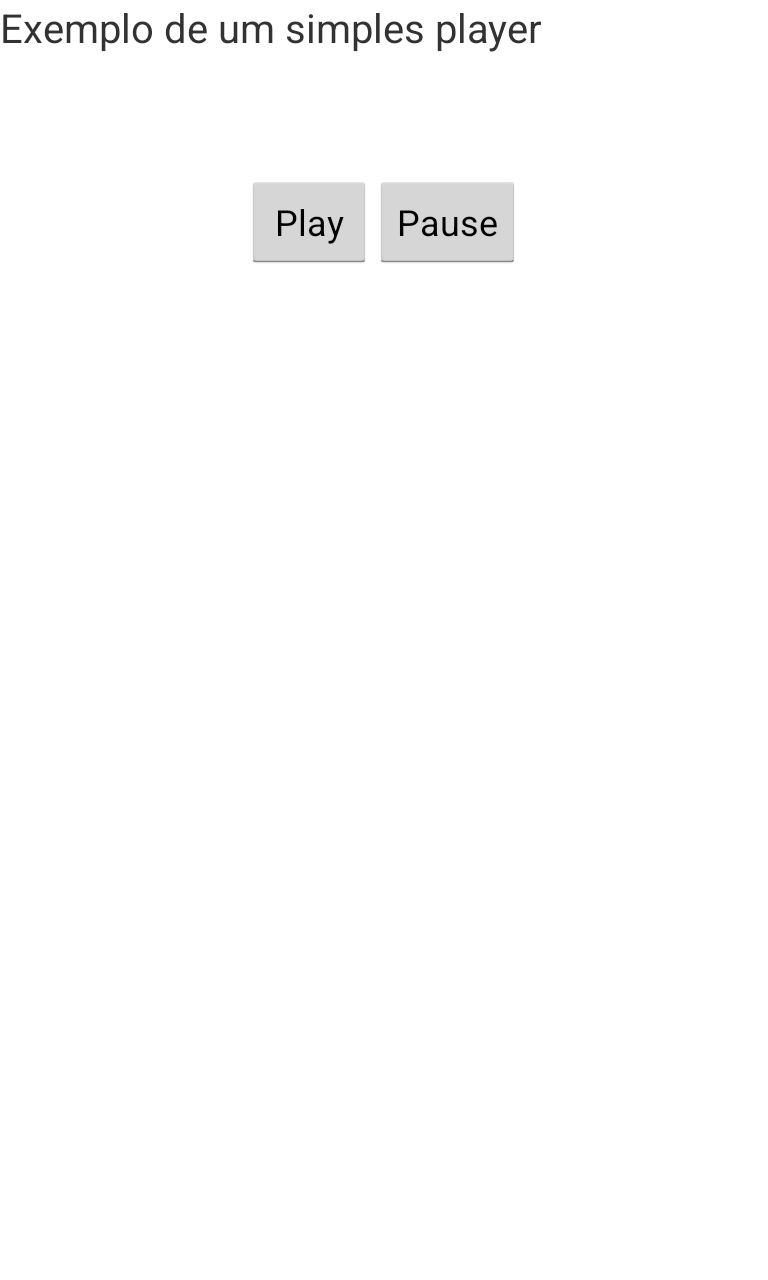
Repository: thiagopsilva/Android-book
Layout: Som/res/layout/activity_som.xml
The author's editor kept a copy of each file at every save. The layout is drawn from the files as they stood at one save, then again after the next save.
It is drawn on a 768 x 1280 px phone screen (xhdpi) without system bars, with theme AppTheme; the app's code is not run.

Above is the layout before, as saved 2012-12-14 17:36:46.

After the next save:
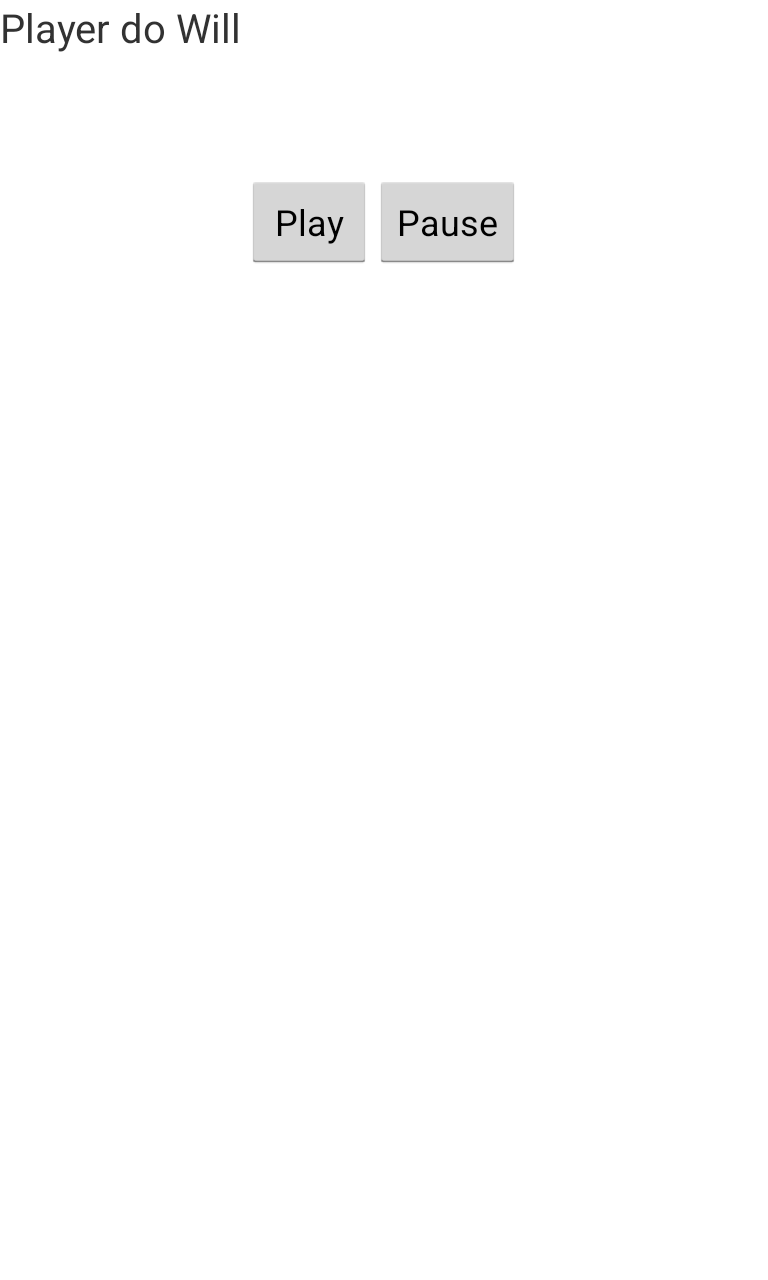
Saved 4 min 12 s later.
--- a/Som/res/layout/activity_som.xml
+++ b/Som/res/layout/activity_som.xml
@@ -7,7 +7,7 @@
 	<TextView
 		android:layout_width="fill_parent"
 		android:layout_height="wrap_content"
-		android:text="Exemplo de um simples player" android:textSize="20sp"/>
+		android:text="Player do Will" android:textSize="20sp"/>
 
 <LinearLayout
 	android:id="@+id/linearLayout1"
